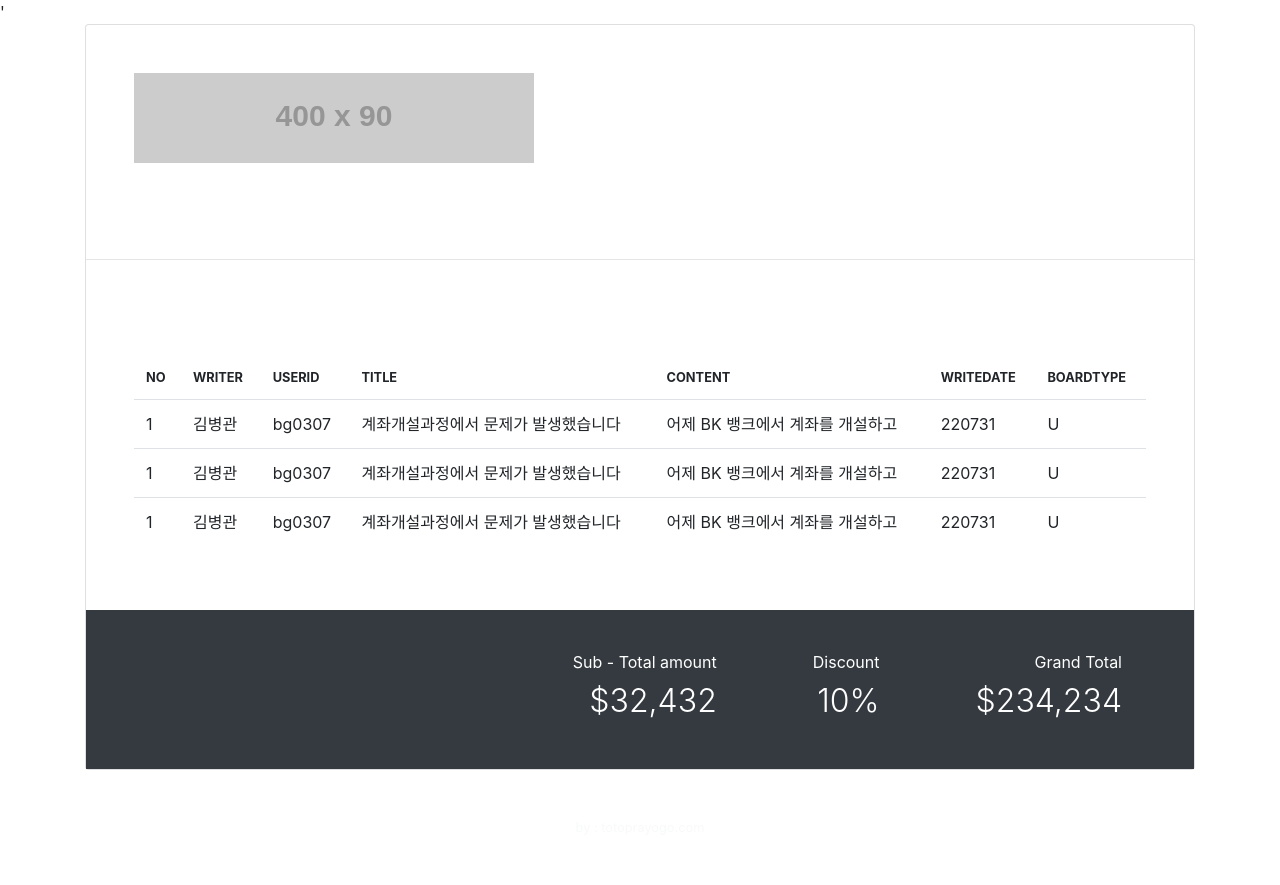
Repository: kim-byoungkwan/OpenBanking
Page: http://localhost/SemiFinalProject/jsp/board/boardList.jsp
An editor plug-in stored every save of this project. The page is shown before and after the next save, followed by the edit.
The browser window is 1280 px wide. The pictures show the whole page.
Some web libraries are served in a nearby version. The page is served by Tomcat 9. Other server files are loaded and not shown.

Above is the page before, as saved 2022-07-31 14:59:01.
Console error: TypeError: Cannot read properties of undefined (reading 'fn')

### SemiFinalProject/src/main/webapp/jsp/board/boardList.jsp
<%@ page language="java" contentType="text/html; charset=UTF-8"
    pageEncoding="UTF-8"%>
<%@taglib prefix="c" uri="http://java.sun.com/jsp/jstl/core" %>

<!DOCTYPE html>
<html>

<head>
<meta charset="ISO-8859-1">
<title>Insert title here</title>
<link href="//maxcdn.bootstrapcdn.com/bootstrap/4.1.1/css/bootstrap.min.css" rel="stylesheet" id="bootstrap-css">
<script src="//maxcdn.bootstrapcdn.com/bootstrap/4.1.1/js/bootstrap.min.js"></script>
<script src="//cdnjs.cloudflare.com/ajax/libs/jquery/3.2.1/jquery.min.js"></script>
<!------ Include the above in your HEAD tag ---------->

</head>

<body>'
<div class="container">
    <div class="row">
        <div class="col-12">
            <div class="card">
                <div class="card-body p-0">
                    <div class="row p-5">
                        <div class="col-md-6">
                            <img src="http://via.placeholder.com/400x90?text=logo">
                        </div>

                    </div>

                    <hr class="my-5">

                    <div class="row p-5">
                        <div class="col-md-12">

                            <table class="table">

                                <thead>
                                    <tr>
                                        <th class="border-0 text-uppercase small font-weight-bold">No</th>
                                        <th class="border-0 text-uppercase small font-weight-bold">Writer</th>
                                        <th class="border-0 text-uppercase small font-weight-bold">UserId</th>
                                        <th class="border-0 text-uppercase small font-weight-bold">Title</th>
                                        <th class="border-0 text-uppercase small font-weight-bold">Content</th>
                                        <th class="border-0 text-uppercase small font-weight-bold">WriteDate</th>
                                        <th class="border-0 text-uppercase small font-weight-bold">BoardType</th>
                                    </tr>
                                </thead>

                                <tbody>
                                    <tr>
                                        <td>1</td>
                                        <td>김병관</td>
                                        <td>bg0307</td>
                                        <td>계좌개설과정에서 문제가 발생했습니다</td>
                                        <td>어제 BK 뱅크에서 계좌를 개설하고</td>
                                        <td>220731</td>
                                        <td>U</td>
                                    </tr>
                                    <tr>
                                        <td>1</td>
                                        <td>김병관</td>
                                        <td>bg0307</td>
                                        <td>계좌개설과정에서 문제가 발생했습니다</td>
                                        <td>어제 BK 뱅크에서 계좌를 개설하고</td>
                                        <td>220731</td>
                                        <td>U</td>
                                    </tr>
                                    <tr>
                                        <td>1</td>
                                        <td>김병관</td>
                                        <td>bg0307</td>
                                        <td>계좌개설과정에서 문제가 발생했습니다</td>
                                        <td>어제 BK 뱅크에서 계좌를 개설하고</td>
                                        <td>220731</td>
                                        <td>U</td>
                                    </tr>
                                </tbody>
                            </table>
                        </div>
                    </div>

                    <div class="d-flex flex-row-reverse bg-dark text-white p-4">
                        <div class="py-3 px-5 text-right">
                            <div class="mb-2">Grand Total</div>
                            <div class="h2 font-weight-light">$234,234</div>
                        </div>

                        <div class="py-3 px-5 text-right">
                            <div class="mb-2">Discount</div>
                            <div class="h2 font-weight-light">10%</div>
                        </div>

                        <div class="py-3 px-5 text-right">
                            <div class="mb-2">Sub - Total amount</div>
                            <div class="h2 font-weight-light">$32,432</div>
                        </div>
                    </div>
                </div>
            </div>
        </div>
    </div>

    <div class="text-light mt-5 mb-5 text-center small">by : <a class="text-light" target="_blank" href="http://totoprayogo.com">totoprayogo.com</a></div>

</div>


</body>
</html>

After the next save:
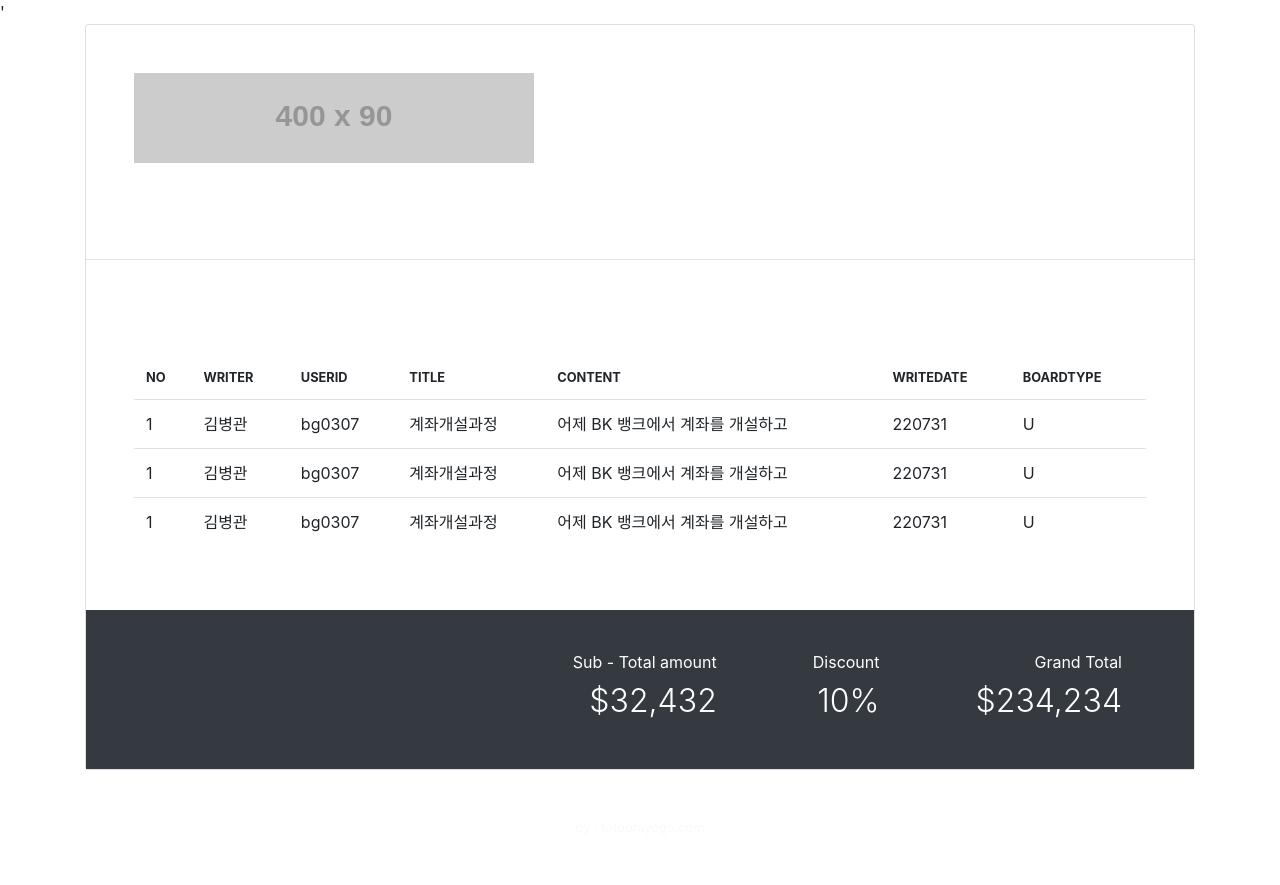
Saved 40 s later.
--- a/SemiFinalProject/src/main/webapp/jsp/board/boardList.jsp
+++ b/SemiFinalProject/src/main/webapp/jsp/board/boardList.jsp
@@ -52,7 +52,7 @@
                                         <td>1</td>
                                         <td>김병관</td>
                                         <td>bg0307</td>
-                                        <td>계좌개설과정에서 문제가 발생했습니다</td>
+                                        <td>계좌개설과정</td>
                                         <td>어제 BK 뱅크에서 계좌를 개설하고</td>
                                         <td>220731</td>
                                         <td>U</td>
@@ -61,7 +61,7 @@
                                         <td>1</td>
                                         <td>김병관</td>
                                         <td>bg0307</td>
-                                        <td>계좌개설과정에서 문제가 발생했습니다</td>
+                                        <td>계좌개설과정</td>
                                         <td>어제 BK 뱅크에서 계좌를 개설하고</td>
                                         <td>220731</td>
                                         <td>U</td>
@@ -70,13 +70,15 @@
                                         <td>1</td>
                                         <td>김병관</td>
                                         <td>bg0307</td>
-                                        <td>계좌개설과정에서 문제가 발생했습니다</td>
+                                        <td>계좌개설과정</td>
                                         <td>어제 BK 뱅크에서 계좌를 개설하고</td>
                                         <td>220731</td>
                                         <td>U</td>
                                     </tr>
                                 </tbody>
+
                             </table>
+
                         </div>
                     </div>
 
